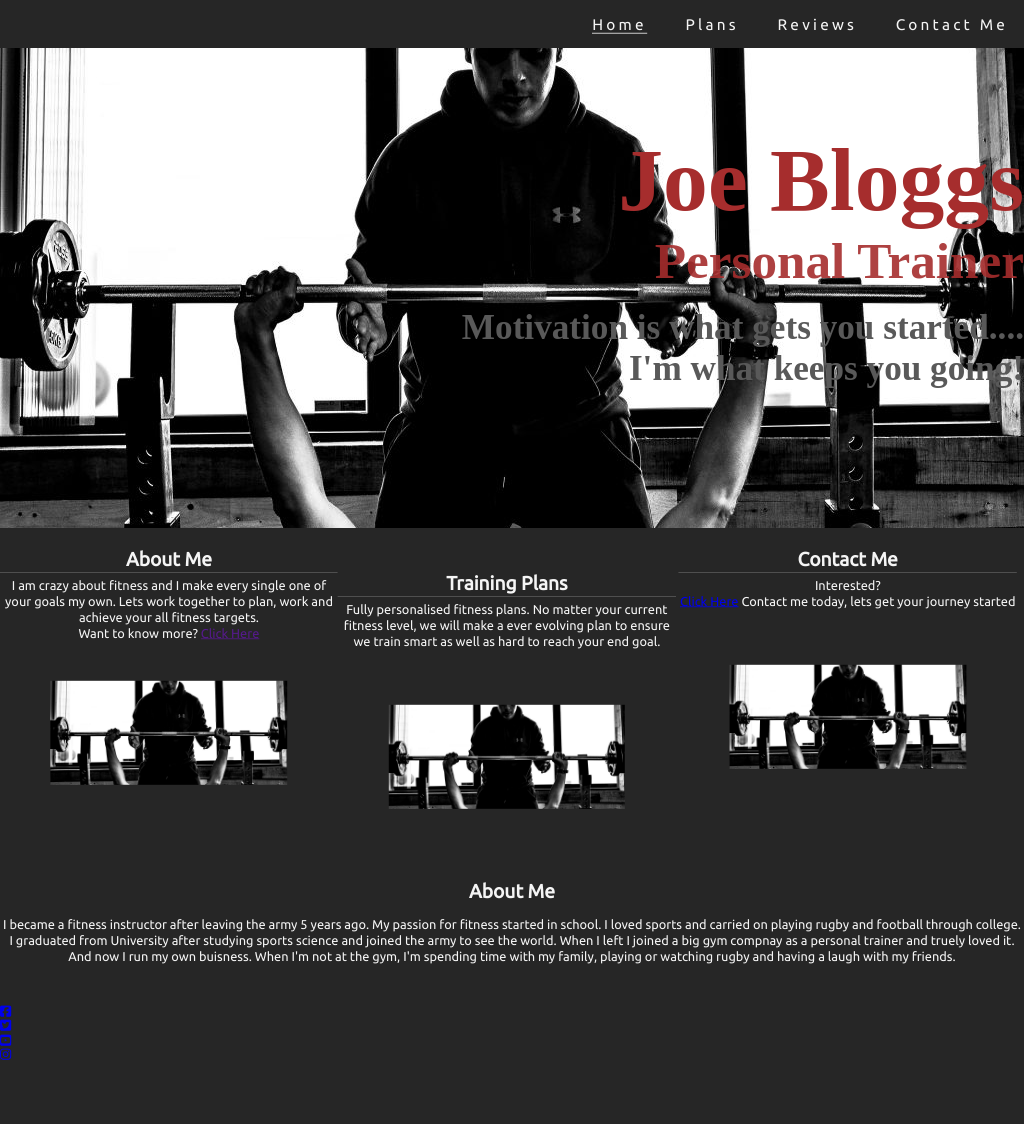
Repository: ClaireRoberts1403/Joe-Bloggs-Personal-Trainer
Page: html/index.html
The author's editor kept a record of every edit. The page is drawn from the files as they stood at one moment, then again after the next edit.
The browser window is 1280 px wide. The pictures show the whole page, at 80% of full size.
Some web fonts or font styles are not loaded; a fallback is used. Some web libraries are served in a nearby version.

Above is the page before.

After the next edit:
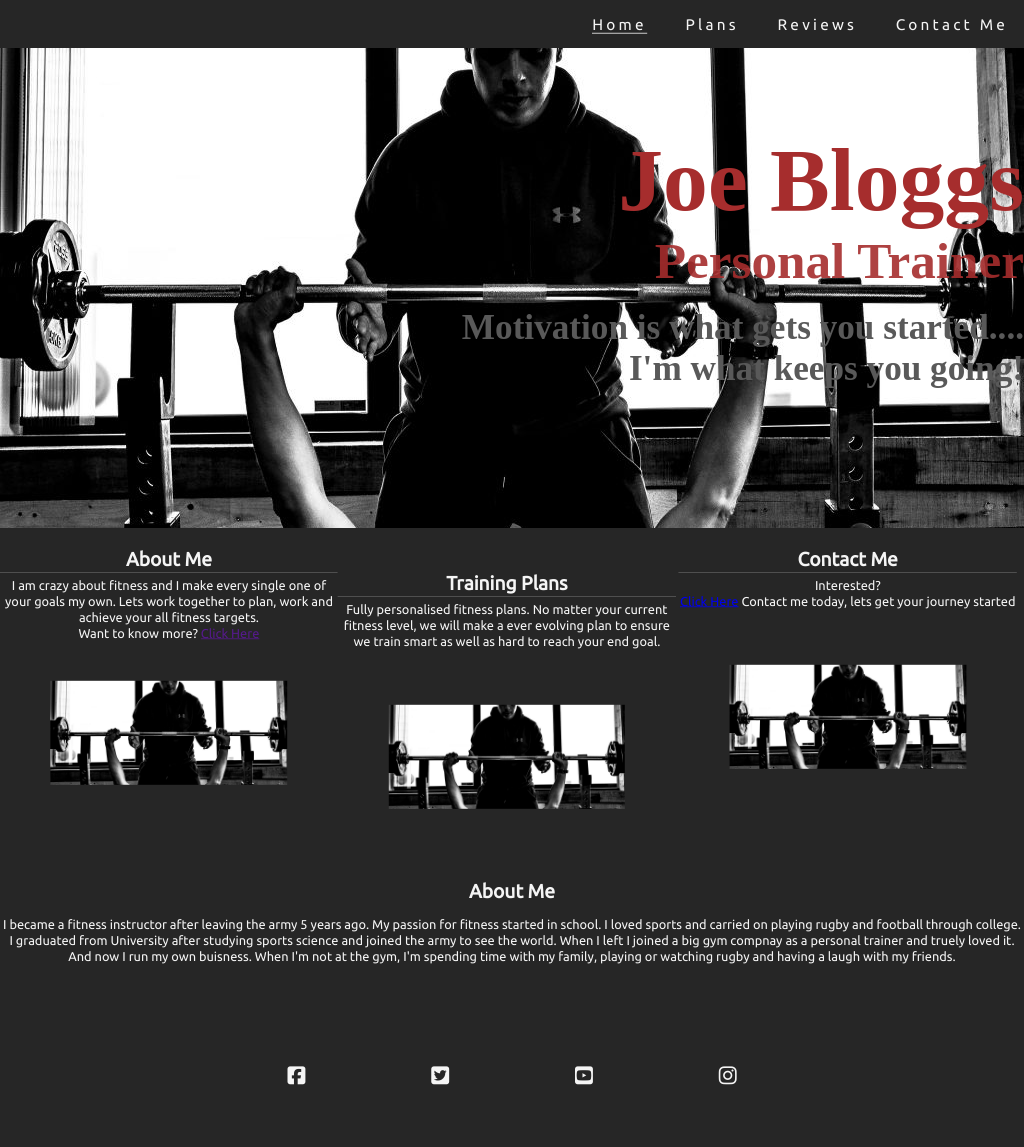
The edit:
--- a/html/index.html
+++ b/html/index.html
@@ -95,7 +95,7 @@
 	</section>
 
 	<footer>
-		<ul id="social-networks">
+		<ul class="social-networks">
 			<li><a href="http://www.facebook.com" target="_blank"><i class="fab fa-facebook-square"></i></a></li>
 			<li><a href="http://www.twitter.com" target="_blank"><i class="fab fa-twitter-square"></i><a/></li>
 			<li><a href="http://www.youtube.com" target="_blank"><i class="fab fa-youtube-square"></i><a/></li>
